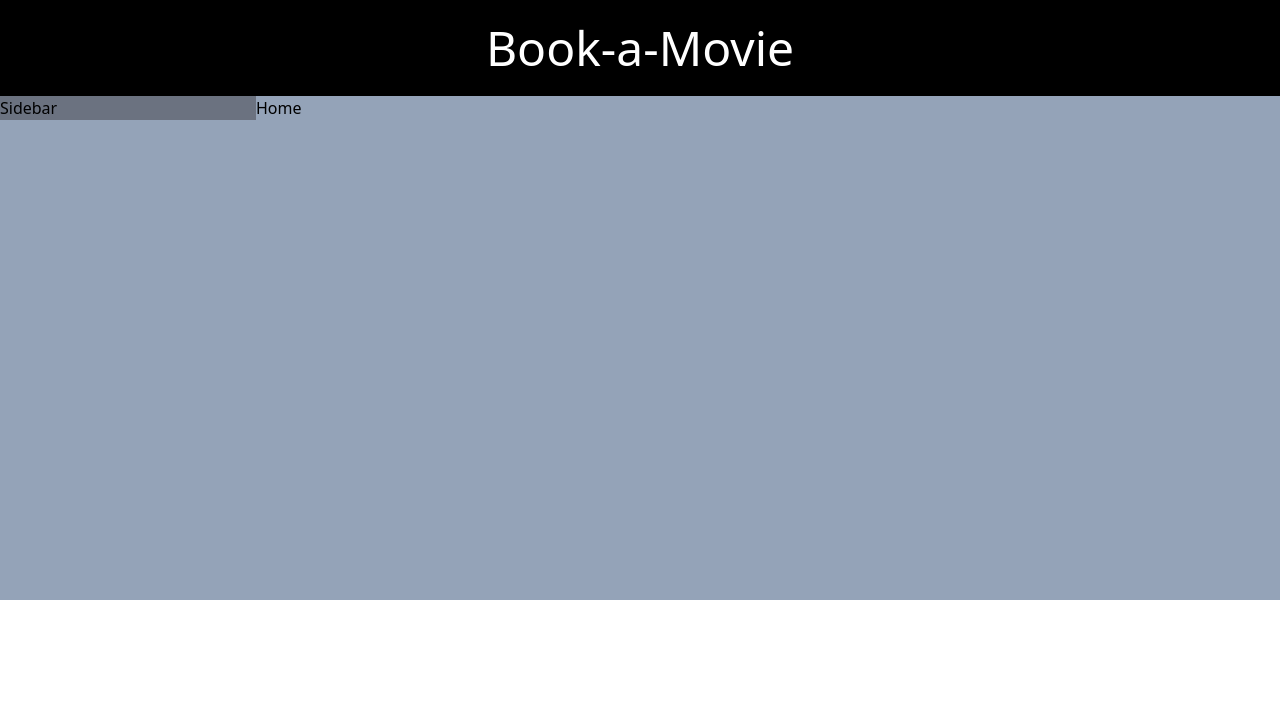
Repository: BhumilModi/movie-booking-app-assignment
Page: /Home
An editor plug-in stored every save of this project. The page is shown before and after the next save, followed by the edit.
The browser window is 1280 px wide. The pictures show the whole page.
The project was rebuilt for these pictures with package versions that can differ from the ones it lists, and the page was loaded fresh each time. Also part of the build but not shown: src/App.css, src/components/Login.jsx, src/components/SignUp.jsx.

Above is the page before, as saved 2022-11-29 19:06:41.

### src/App.js
import { BrowserRouter, Route, Routes } from 'react-router-dom';
import './App.css';
import Home from './components/Home';
import Login from './components/Login';
import SignUp from './components/SignUp';
function App() {

  return (
    <BrowserRouter>
      <Routes>
        <Route path='/' element={<Login />} />
        <Route path='/signUp' element={<SignUp />} />
        <Route path='/Home' element={<Home />} />
      </Routes>
    </BrowserRouter>
  );
}

export default App;

### src/components/Home.jsx
import React from "react";
import Navbar from "./Navbar";
import Sidebar from "./Sidebar";

function Home() {
  return (
    <div>
      <Navbar />
      <div className="flex h-[70vh] bg-slate-400">
        <Sidebar />
        Home
      </div>
    </div>
  );
}

export default Home;

### src/components/Navbar.jsx
import React from "react";

function Navbar() {
  return (
    <div className="h-24 bg-black flex justify-center items-center w-full">
      <div className="text-white text-[48px]">Book-a-Movie</div>
    </div>
  );
}

export default Navbar;

### src/components/Sidebar.jsx
import React from "react";

function Sidebar() {
  return <div className="w-1/5 h-fit bg-gray-500">Sidebar</div>;
}

export default Sidebar;

Loaded but not shown: public/index.html (common file); src/index.js (common file); src/index.css (common file); tailwind.config.js (common file)

After the next save:
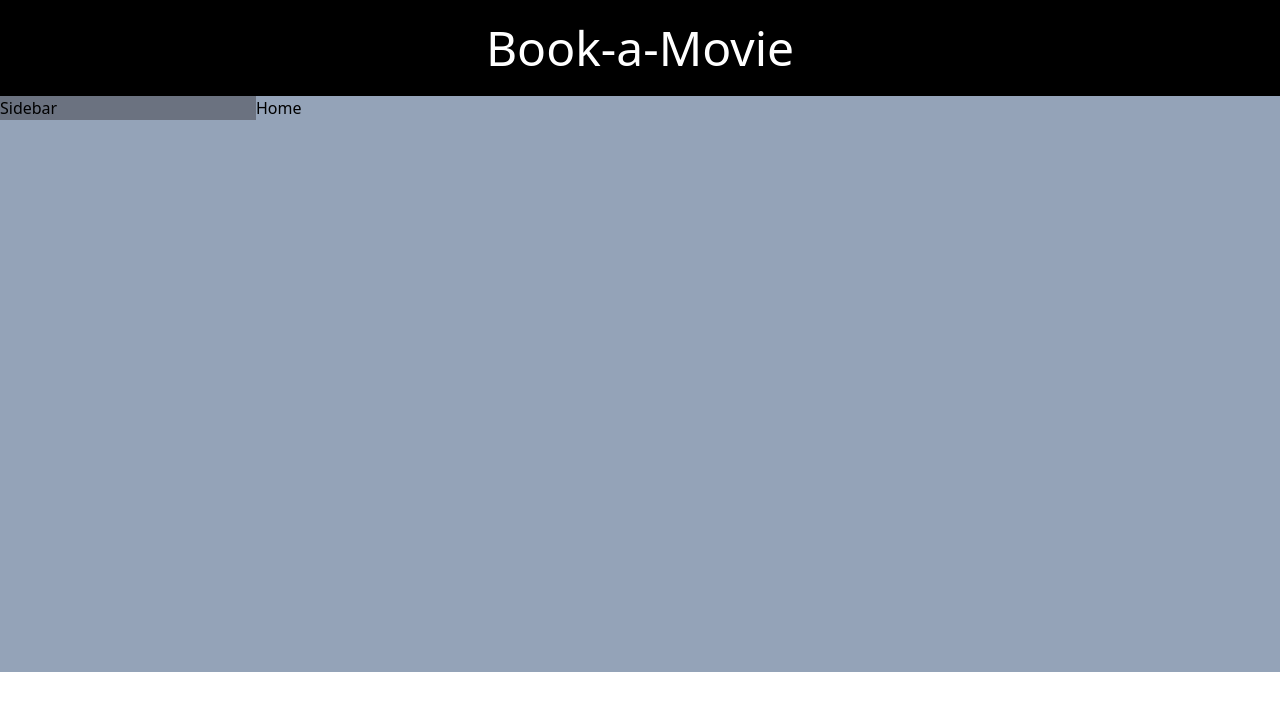
Saved 5 s later.
--- a/src/components/Home.jsx
+++ b/src/components/Home.jsx
@@ -6,7 +6,7 @@ function Home() {
   return (
     <div>
       <Navbar />
-      <div className="flex h-[70vh] bg-slate-400">
+      <div className="flex h-[80vh] bg-slate-400">
         <Sidebar />
         Home
       </div>
